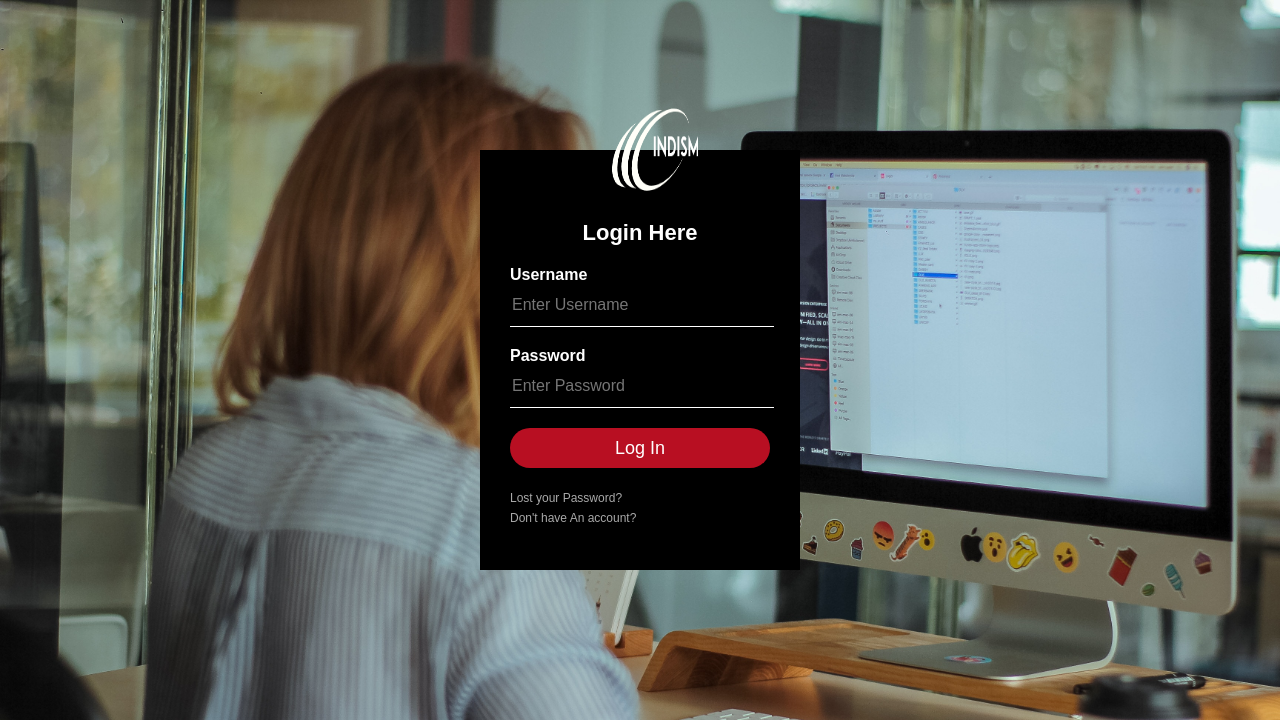
Repository: MyselfAman/Login_Page_Servlet
Page: http://localhost/Login_Page/login.jsp
An editor plug-in stored every save of this project. The page is shown before and after the next save, followed by the edit.
The browser window is 1280 px wide. The pictures show the whole page.
The page is served by Tomcat 9.

Above is the page before, as saved 2019-08-08 04:56:33.

After the next save:
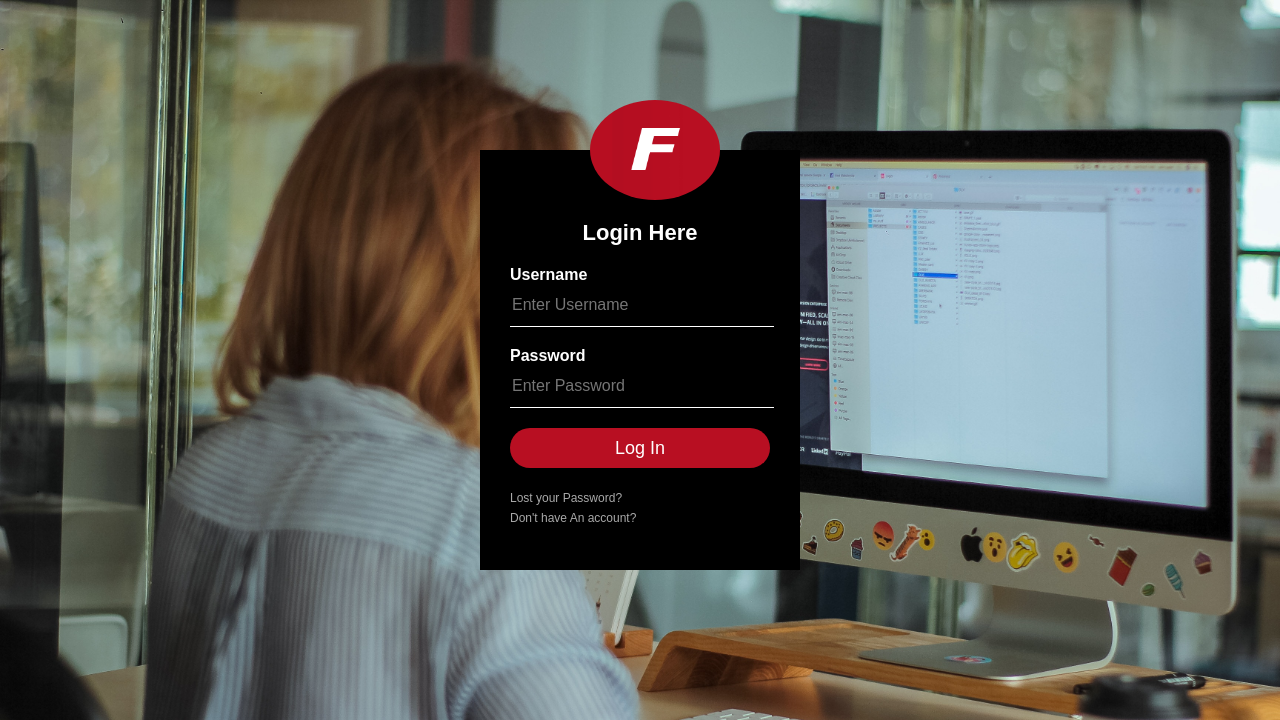
Saved 12 s later.
--- a/Login_Page/WebContent/login.jsp
+++ b/Login_Page/WebContent/login.jsp
@@ -9,7 +9,7 @@
 </head>
 <body>
 <div class="login-box">
-      <img src="images/logo1.png" class="logo" alt="Avatar Image">
+      <img src="images/logo.png" class="logo" alt="Avatar Image">
       <h1>Login Here</h1>
       <form action="login">
         <!-- USERNAME INPUT -->
